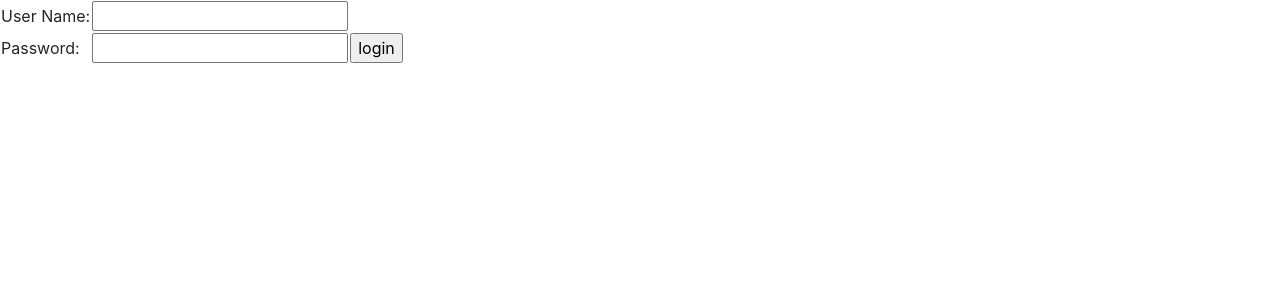
Repository: kiiigaaa/User_Profile
Page: http://localhost/GroceryOrdering/login.jsp
These files come from the project's save history. The page is drawn as it stood at one moment and after the next save; the edit follows.
The browser window is 1280 px wide. The pictures show the whole page.
The page is served by Tomcat 9.

Above is the page before, as saved 2022-11-14 07:17:20.

After the next save:
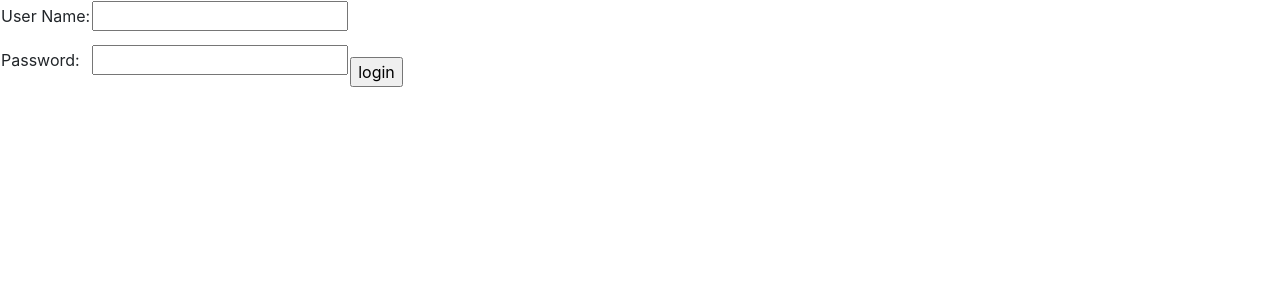
Saved 22 s later.
--- a/GroceryOrdering/src/main/webapp/login.jsp
+++ b/GroceryOrdering/src/main/webapp/login.jsp
@@ -17,7 +17,8 @@
 	</tr>
 		<td>Password: </td><td><input type="password" name="pw"><br></td>
 
-		<td><input type="submit" name="submit" value="login"></td>
+		<td><br><input type="submit" name="submit" value="login"></td>
+
 
 	</form>
 	</table>
